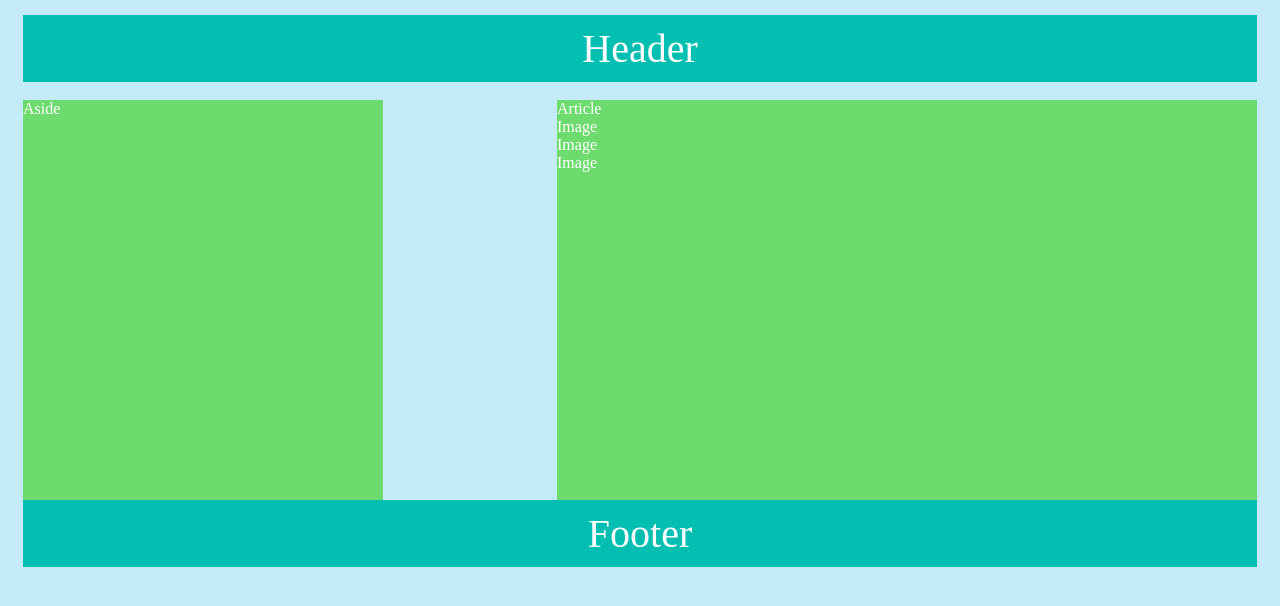
Repository: huyennvo/CSS
Page: flex-css-example/index.html
The author's editor kept a copy of each file at every save. The page is drawn from the files as they stood at one save, then again after the next save.
The browser window is 1280 px wide. The pictures show the whole page.

Above is the page before, as saved 2022-07-18 10:55:51.

After the next save:
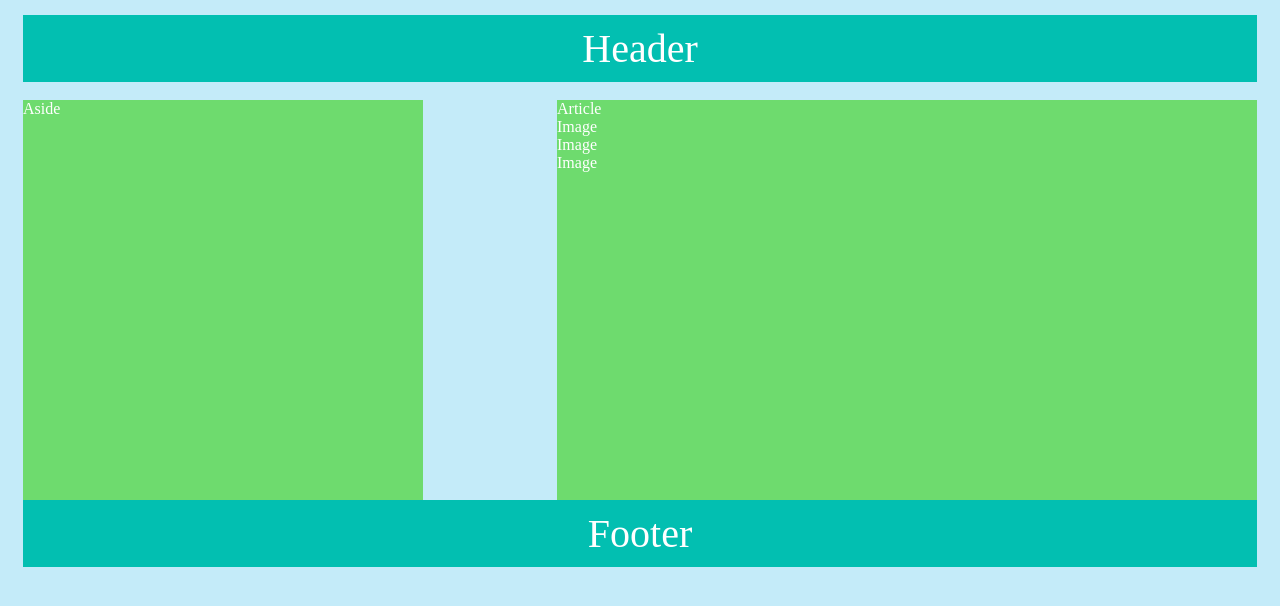
Saved 14 s later.
--- a/flex-css-example/index.css
+++ b/flex-css-example/index.css
@@ -30,7 +30,7 @@ html {
 
 .body-left {
     background-color: #6EDB6E;
-    width: 360px;
+    width: 400px;
     height: 400px;
 }
 
